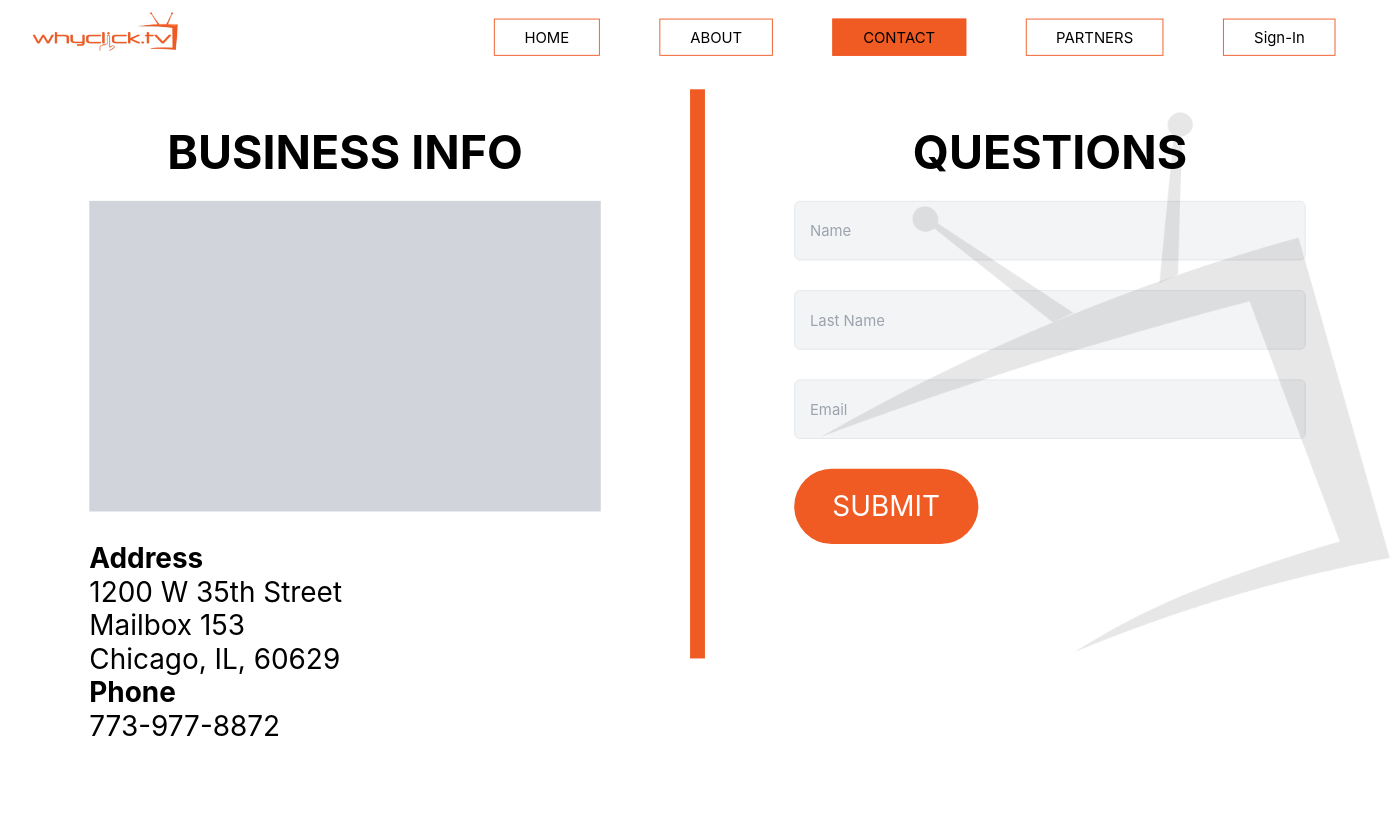
Repository: legenddev1202/whyclicktv
Page: /contact
An editor plug-in stored every save of this project. The page is shown before and after a run of saves, followed by the edit.
The browser window is 1280 px wide. The page is 1500 px wide, so the pictures cover 1500 px, including what lies to the right of the window. The pictures show the whole page, at 93% of full size.
The project was rebuilt for these pictures with package versions that can differ from the ones it lists, and the page was loaded fresh each time. Also part of the build but not shown: src/App.css, src/pages/home.js, src/pages/about.js, src/pages/partners.js, src/pages/referral.js.

Above is the page before, as saved 2022-04-18 22:29:50.

### public/index.html
<!DOCTYPE html>
<html lang="en">
  <head>
    <meta charset="utf-8" />
    <link rel="icon" href="%PUBLIC_URL%/favicon.ico" />
    <meta name="viewport" content="width=device-width, initial-scale=1" />
    <meta name="theme-color" content="#000000" />
    <meta name="description" content="why-click" />
    <link rel="apple-touch-icon" href="%PUBLIC_URL%/favicon.ico" />
    <!--
      manifest.json provides metadata used when your web app is installed on a
      user's mobile device or desktop. See https://developers.google.com/web/fundamentals/web-app-manifest/
    -->
    <link rel="manifest" href="%PUBLIC_URL%/manifest.json" />
    <!--
      Notice the use of %PUBLIC_URL% in the tags above.
      It will be replaced with the URL of the `public` folder during the build.
      Only files inside the `public` folder can be referenced from the HTML.

      Unlike "/favicon.ico" or "favicon.ico", "%PUBLIC_URL%/favicon.ico" will
      work correctly both with client-side routing and a non-root public URL.
      Learn how to configure a non-root public URL by running `npm run build`.
    -->
    <title>WhyClick.tv</title>
  </head>
  <body>
    <noscript>WhyClick.tv</noscript>
    <div id="root"></div>
    <!--
      This HTML file is a template.
      If you open it directly in the browser, you will see an empty page.

      You can add webfonts, meta tags, or analytics to this file.
      The build step will place the bundled scripts into the <body> tag.

      To begin the development, run `npm start` or `yarn start`.
      To create a production bundle, use `npm run build` or `yarn build`.
    -->
  </body>
</html>

### src/index.css
@tailwind base;
@tailwind components;
@tailwind utilities;

body {
  margin: 0;
  font-family: -apple-system, BlinkMacSystemFont, "Segoe UI", "Roboto", "Oxygen",
    "Ubuntu", "Cantarell", "Fira Sans", "Droid Sans", "Helvetica Neue",
    sans-serif;
  -webkit-font-smoothing: antialiased;
  -moz-osx-font-smoothing: grayscale;
  height: 100%;
  min-width: 1500px;
}

code {
  font-family: source-code-pro, Menlo, Monaco, Consolas, "Courier New",
    monospace;
}

input::placeholder {
  font-size: 50;
}

input::-moz-placeholder {
  font-size: 50;
}

input::-webkit-input-placeholder {
  font-size: 50;
}

### src/App.js
import { Routes, Route, Link } from "react-router-dom";
import "./App.css";
import Home from "./pages/home";
import About from "./pages/about";
import Contact from "./pages/contact";
import Partners from "./pages/partners";
import Referral from "./pages/referral";

function App() {
  return (
    <Routes>
      <Route path="/" element={<Home />} />
      <Route path="about" element={<About />} />
      <Route path="contact" element={<Contact />} />
      <Route path="partners" element={<Partners />} />
      <Route path="referrel" element={<Referral />} />
    </Routes>
  );
}

export default App;

### src/pages/contact.js
import React, { useState } from "react";
import { Routes, Route, Link } from "react-router-dom";
import axios from "axios";

function Contact() {
  const [values, setValues] = useState({
    name: "",
    lastName: "",
    email: "",
  });
  const onSubmit = async () => {
    console.log(values);
    var form = {
      email: "info@whyclick.tv",
      // email: 'ocean.kurakin@gmail.com',
      subject: `Received a message from ${values.email}`,
      emailBody: `
        <p> Name: ${values.name} ${values.lastName}</p>
      `,
    };

    const response = await axios.post(
      "https://us-central1-insurancewebapptest.cloudfunctions.net/sendMailOverHTTP_whyClick",
      form
    );
    console.log(response.data);
    if (response.data.includes("Error")) {
      console.log(true);
    } else {
      console.log(true);
    }
  };
  return (
    <div className="relative h-full w-full" style={{ height: "100vh" }}>
      <div className="bg-transparent w-full h-20 flex items-center px-8 justify-between z-20 absolute">
        <div className="h-20">
          <img
            className="logo-icon h-full"
            src="assets/images/logos/logo.svg"
            alt="logo"
          />
        </div>
        <div className="bg-transparent">
          <button
            className="h-10 px-8 mx-8 border"
            style={{ borderColor: "#F05A23", backgroundColor: "white" }}
          >
            <Link to="/">HOME</Link>
          </button>
          <button
            className="h-10 px-8 mx-8 border"
            style={{ borderColor: "#F05A23", backgroundColor: "white" }}
          >
            <Link to="/about">ABOUT</Link>
          </button>
          <button
            className="h-10 px-8 mx-8 border"
            style={{ borderColor: "#F05A23", backgroundColor: "#F05A23" }}
          >
            <Link to="/contact">CONTACT</Link>
          </button>
          <button
            className="h-10 px-8 mx-8 border"
            style={{ borderColor: "#F05A23" }}
          >
            <Link to="/partners">PARTNERS</Link>
          </button>
          <button
            className="h-10 px-8 mx-8 border"
            style={{ borderColor: "#F05A23" }}
          >
            <Link to="/signin">Sign-In</Link>
          </button>
        </div>
      </div>

      <div className="w-full  mt-12 absolute p-12 flex">
        <div className="w-1/2 p-12 pr-24 flex flex-col items-center">
          <div className="text-4xl font-bold" style={{ fontSize: 50 }}>
            BUSINESS INFO
          </div>
          <div
            className="w-full h-72 bg-gray-300 mt-8"
            style={{ height: 334 }}
          ></div>
          <div className="mt-8 self-start">
            <div
              className="text-xl font-bold"
              style={{ fontSize: 30, lineHeight: 1.2 }}
            >
              Address
            </div>
            <div className="text-xl" style={{ fontSize: 30, lineHeight: 1.2 }}>
              1200 W 35th Street
            </div>
            <div className="text-xl" style={{ fontSize: 30, lineHeight: 1.2 }}>
              Mailbox 153
            </div>
            <div className="text-xl" style={{ fontSize: 30, lineHeight: 1.2 }}>
              Chicago, IL, 60629
            </div>
            <div
              className="text-xl font-bold"
              style={{ fontSize: 30, lineHeight: 1.2 }}
            >
              Phone
            </div>
            <div className="text-xl" style={{ fontSize: 30, lineHeight: 1.2 }}>
              773-977-8872
            </div>
          </div>
        </div>
        <div
          className="w-4 h-5/6 z-10"
          style={{ backgroundColor: "#F05A23", height: "85vh" }}
        ></div>
        <div className="w-1/2 p-12 pl-24 flex flex-col items-center">
          <div className="text-4xl font-bold" style={{ fontSize: 50 }}>
            QUESTIONS
          </div>
          <div className="w-full mt-8">
            <input
              className="w-full rounded-md h-16 border px-4 bg-gray-100"
              placeholder="Name"
              onChange={(e) => setValues({ ...values, name: e.target.value })}
            ></input>
            <div className="w-full mt-8">
              <input
                className="w-full rounded-md h-16 border px-4 bg-gray-100"
                placeholder="Last Name"
                onChange={(e) =>
                  setValues({ ...values, lastName: e.target.value })
                }
              ></input>
            </div>

            <div className="w-full mt-8">
              <input
                className="w-full rounded-md h-16 border px-4 bg-gray-100"
                placeholder="Email"
                onChange={(e) =>
                  setValues({ ...values, email: e.target.value })
                }
              ></input>
            </div>
          </div>
          <div className="self-start mt-8">
            <button
              className=" rounded-full"
              style={{
                backgroundColor: "#F05A23",
                width: 198,
                height: 81,
                color: "white",
                fontSize: 30,
              }}
              onClick={onSubmit}
            >
              SUBMIT
            </button>
          </div>
        </div>
      </div>
      <img
        className="logo-icon h-5/6 absolute bottom-0 right-0"
        src="assets/images/logos/tv-logo.png"
        alt="logo"
      />
    </div>
  );
}

export default Contact;

Loaded but not shown: src/index.js (common file); src/reportWebVitals.js (common file); tailwind.config.js (common file)

After the next 2 saves:
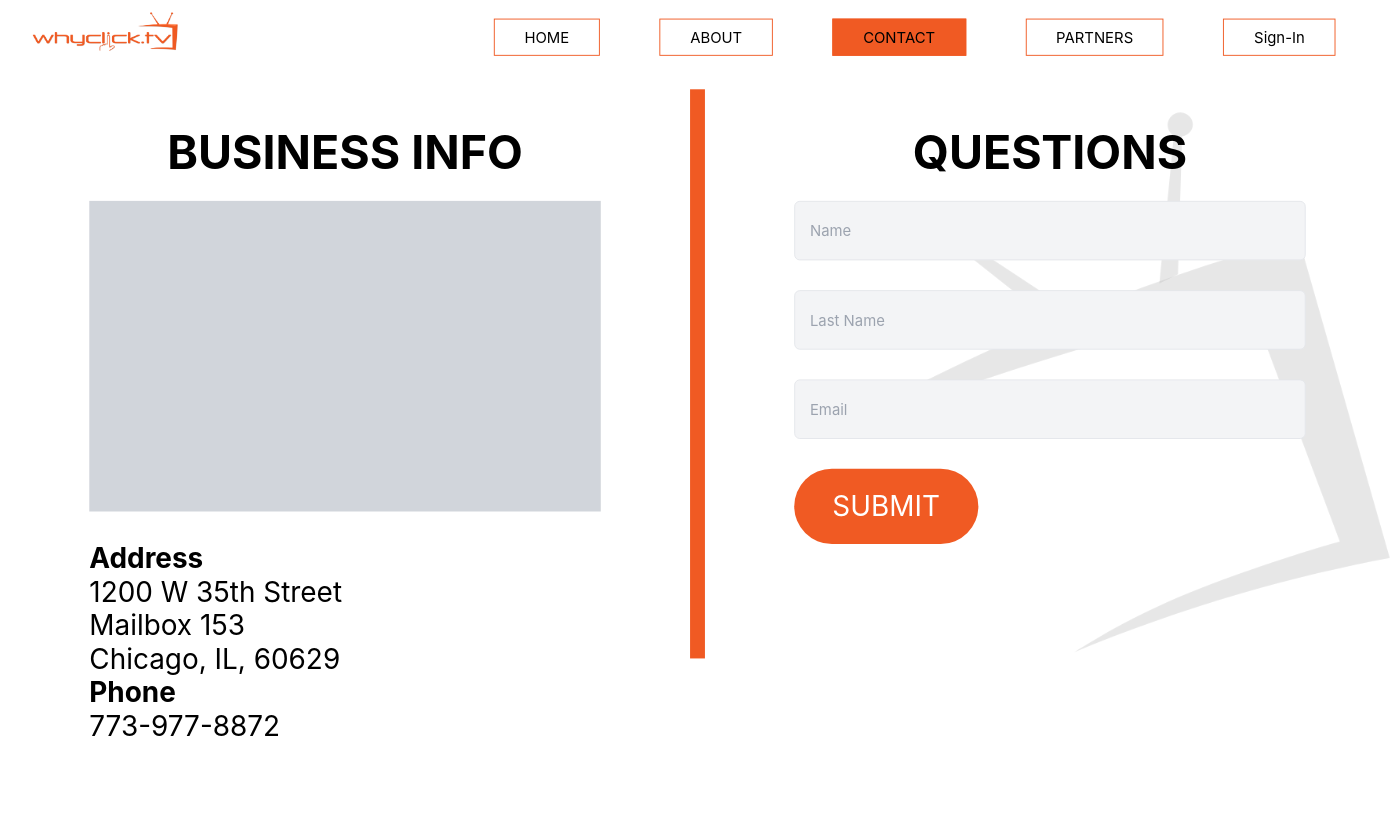
The 2 saves are shown as one change because they came seconds apart.
The last was saved 50 s later.
--- a/src/pages/contact.js
+++ b/src/pages/contact.js
@@ -162,7 +162,7 @@ function Contact() {
         </div>
       </div>
       <img
-        className="logo-icon h-5/6 absolute bottom-0 right-0"
+        className="logo-icon h-5/6 absolute bottom-0 right-0 -z-10"
         src="assets/images/logos/tv-logo.png"
         alt="logo"
       />
